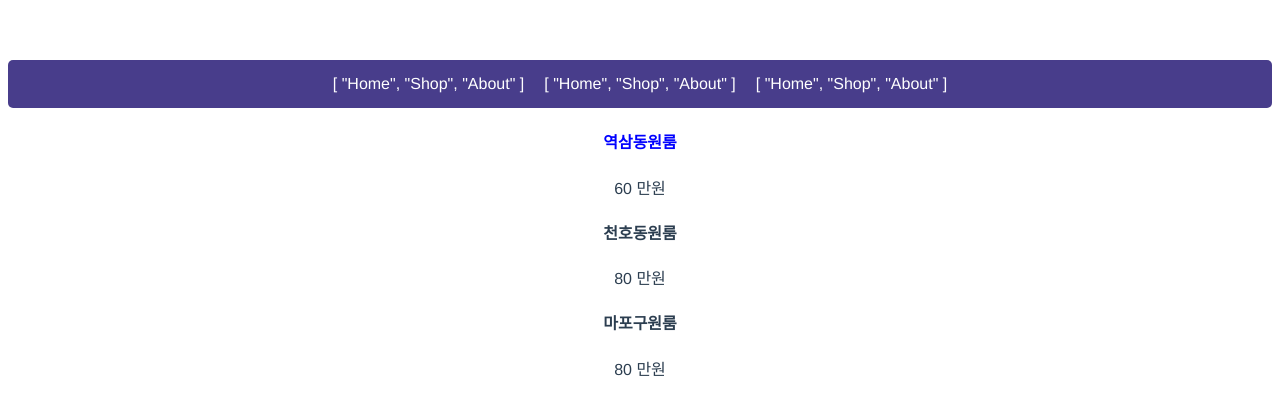
Repository: jy0813/Function
Page: / (app in function/)
The author's editor kept a copy of each file at every save. The page is drawn from the files as they stood at one save, then again after the next save.
The browser window is 1280 px wide. The pictures show the whole page.
The project was rebuilt for these pictures with package versions that can differ from the ones it lists, and the page was loaded fresh each time.

Above is the page before, as saved 2022-02-23 14:40:03.

### function/src/App.vue
<template>
<div class="menu">
  <a v-for="item in menu" :key="item">{{menu}}</a>
  </div>
<div>
  <h4 :style="style">{{products[0]}}</h4>
  <p>{{price1}} 만원</p>
</div>
<div>
  <h4>{{products[1]}}</h4>
  <p>{{price2}} 만원</p>
</div>
<div>
  <h4>{{products[2]}}</h4>
  <p>{{price2}} 만원</p>
</div>
</template>

<script>


export default {
  name: 'App',
  data() {
    return {
      price1: 60,
      price2: 80,
      price3: 100,
      style : 'color : blue',
      products:['역삼동원룸','천호동원룸','마포구원룸'],
      menu:['Home','Shop','About'],
    }
  }
}
</script>

<style>
#app {
  font-family: Avenir, Helvetica, Arial, sans-serif;
  -webkit-font-smoothing: antialiased;
  -moz-osx-font-smoothing: grayscale;
  text-align: center;
  color: #2c3e50;
  margin-top: 60px;
}

.menu {
  background: darkslateblue;
  padding: 15px;
  border-radius: 5px;
}

.menu a {
  color:white;
  padding:10px;
}


</style>

Loaded but not shown: function/public/index.html (common file); function/src/main.js (common file)

After the next save:
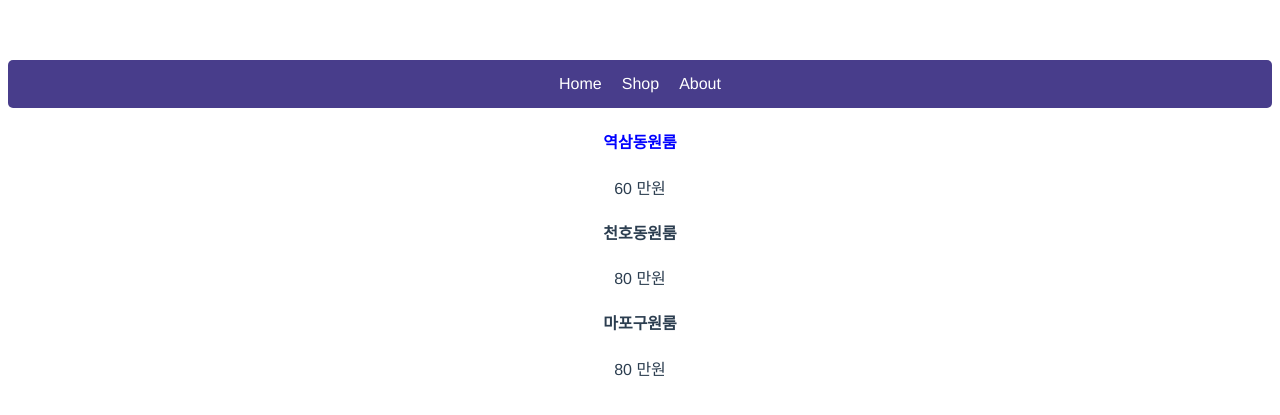
Saved 72 s later.
--- a/function/src/App.vue
+++ b/function/src/App.vue
@@ -1,6 +1,6 @@
 <template>
 <div class="menu">
-  <a v-for="item in menu" :key="item">{{menu}}</a>
+  <a v-for="홈메뉴 in menu" :key="홈메뉴">{{홈메뉴}}</a>
   </div>
 <div>
   <h4 :style="style">{{products[0]}}</h4>
